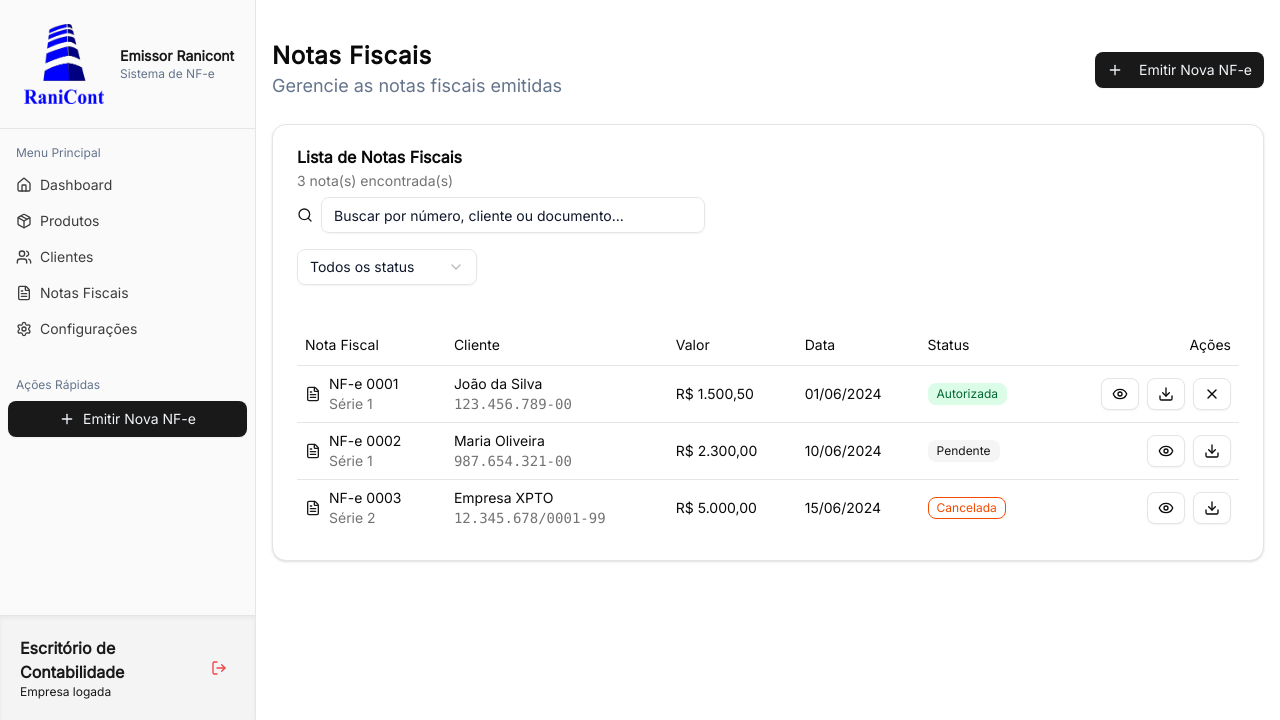
Repository: vinimx/emissor-ranicont
Page: /notas
These files come from the project's save history. The page is drawn as it stood at one moment and after the next save; the edit follows.
The browser window is 1280 px wide. The pictures show the whole page.
The project was rebuilt for these pictures with package versions that can differ from the ones it lists, and the page was loaded fresh each time. Also part of the build but not shown: vite.config.js, src/components/ui/label.jsx, src/components/Auth/Login/index.jsx, src/components/Auth/Cadastrar/index.jsx, src/components/ui/separator.jsx, src/components/ui/skeleton.jsx, src/components/Dashboard/index.jsx, src/components/Produtos/index.jsx and 2 more.

Above is the page before, as saved 2025-06-23 21:57:23.

After the next save:
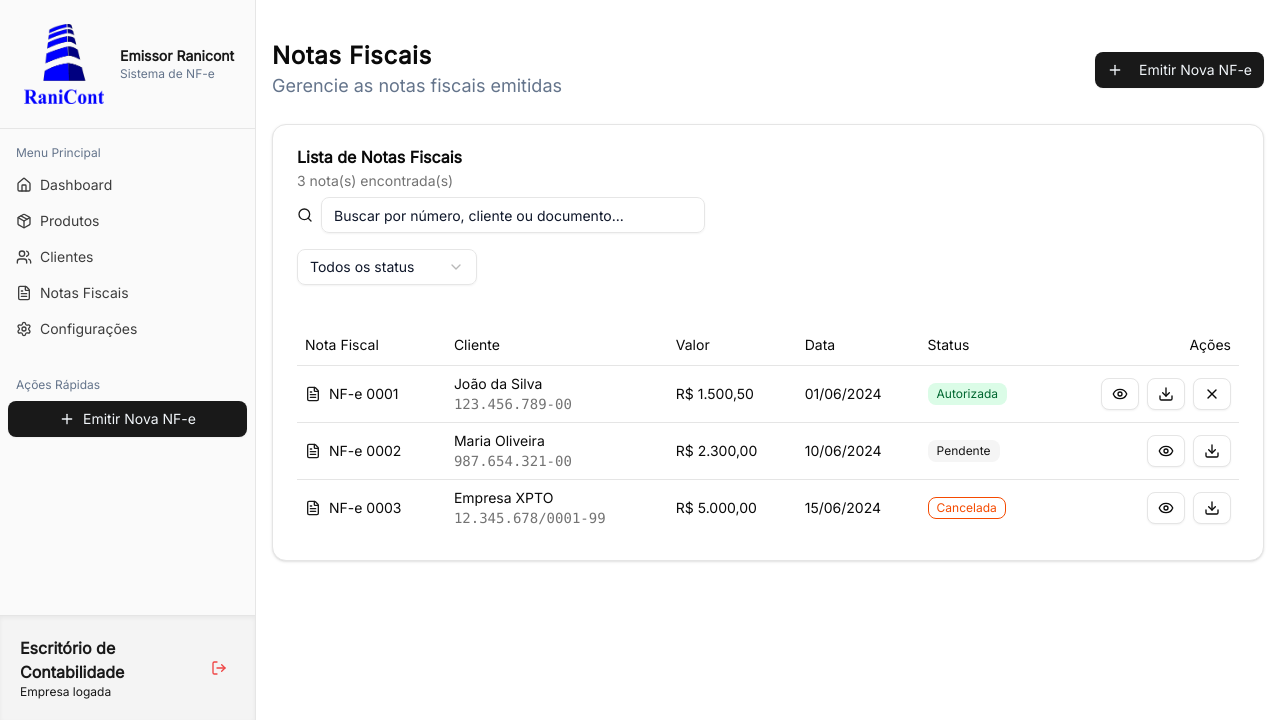
Saved 19 s later.
--- a/src/components/NotaFiscal/index.jsx
+++ b/src/components/NotaFiscal/index.jsx
@@ -182,9 +182,6 @@ export default function NotaFiscal() {
                               <div className="font-medium">
                                 NF-e {nota.numero}
                               </div>
-                              <div className="text-sm text-muted-foreground">
-                                Série {nota.serie}
-                              </div>
                             </div>
                           </div>
                         </TableCell>
